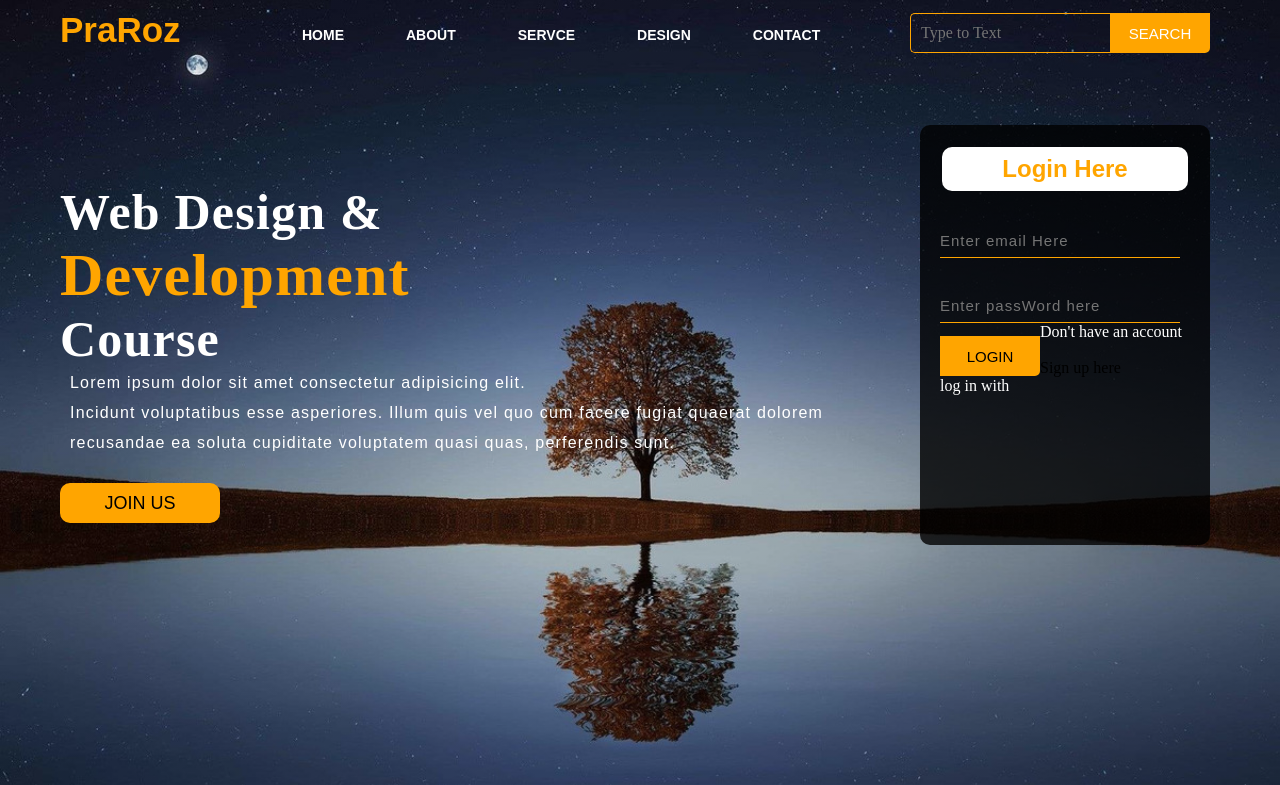
Repository: HuynhDuc23/project3
Page: index.html
The author's editor kept a copy of each file at every save. The page is drawn from the files as they stood at one save, then again after the next save.
The browser window is 1280 px wide. The pictures show the whole page.

Above is the page before, as saved 2023-05-04 15:51:21.

After the next save:
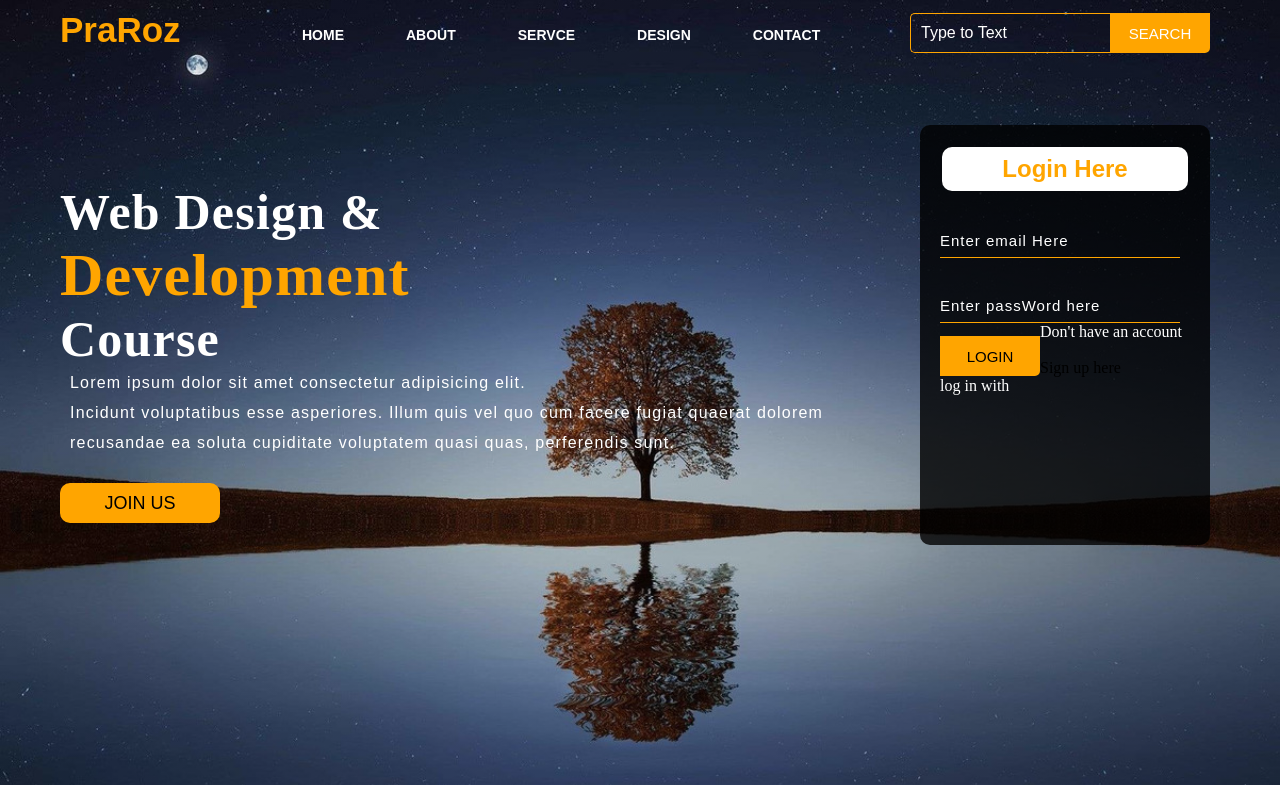
Saved 87 s later.
--- a/style.css
+++ b/style.css
@@ -186,3 +186,10 @@ ul li a:hover {
     margin-top: 30px;
     font-family: sans-serif;
 }
+.form input:focus {
+    outline: none;
+}
+::placeholder {
+    color: #fff;
+    font-family: Arial, Helvetica, sans-serif;
+}
